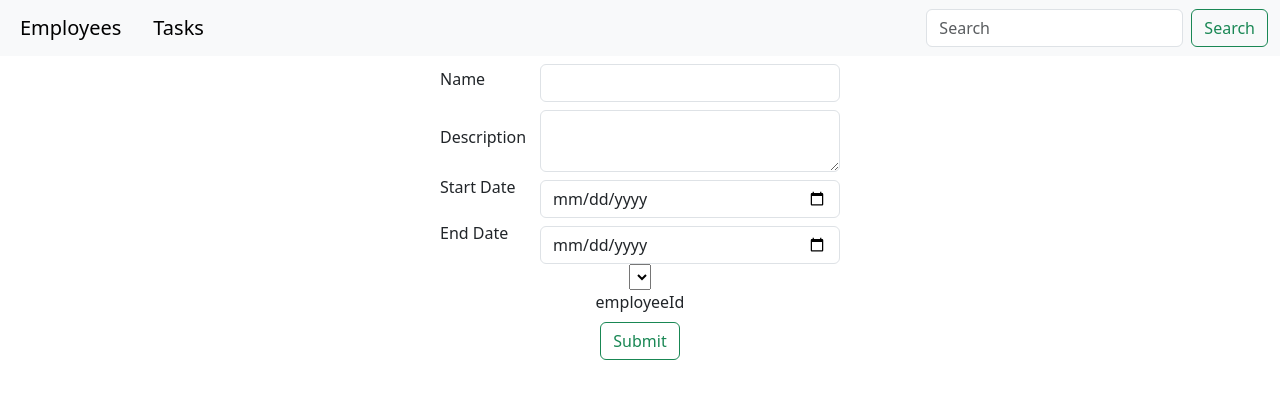
Repository: RaffiBarseghyan/employees
Page: /tasks
These files come from the project's save history. The page is drawn as it stood at one moment and after a run of saves; the edit follows.
The browser window is 1280 px wide. The pictures show the whole page.
The project was rebuilt for these pictures with package versions that can differ from the ones it lists, and the page was loaded fresh each time. Some packages were replaced by stand-ins written for this rebuild. Also part of the build but not shown: src/App.css, src/Pages/Employees/employees.module.scss, src/Pages/UpDel/upDel.module.scss, src/Pages/UpDel/delete.jsx, src/Pages/Employees/employees.jsx, src/Pages/UpDel/update.jsx.

Above is the page before, as saved 2023-06-15 21:43:42.

After the next 2 saves:
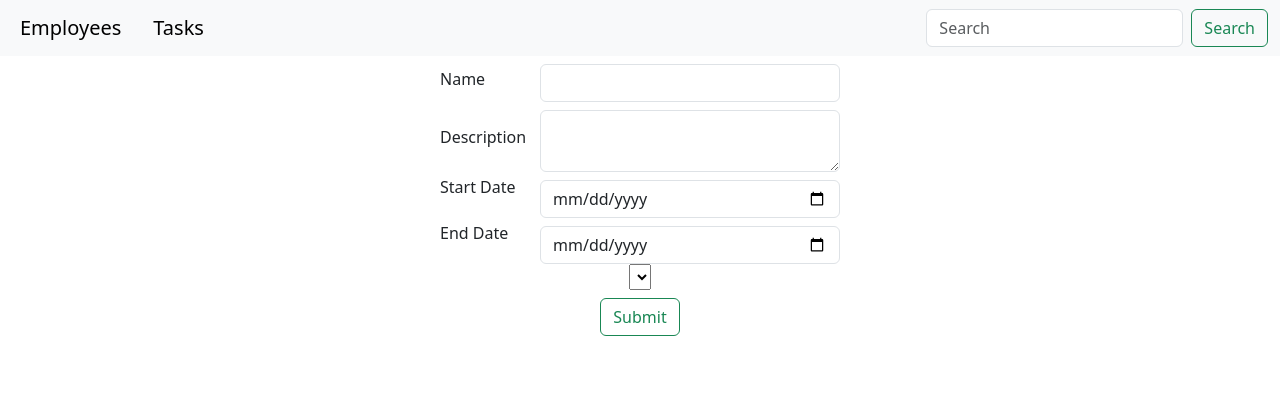
The 2 saves are shown as one change because they came seconds apart.
The last was saved 23 s later.
--- a/src/Pages/Tasks/tasks.jsx
+++ b/src/Pages/Tasks/tasks.jsx
@@ -49,10 +49,10 @@ function Tasks() {
             placeholder="endDate"
           />
         </label>
-        <select name="" id="">
+        <select name="employeeId" id="">
 
         </select>
-        employeeId
+
         <input
           className="btn btn-outline-success mt-2"
           type="submit"
